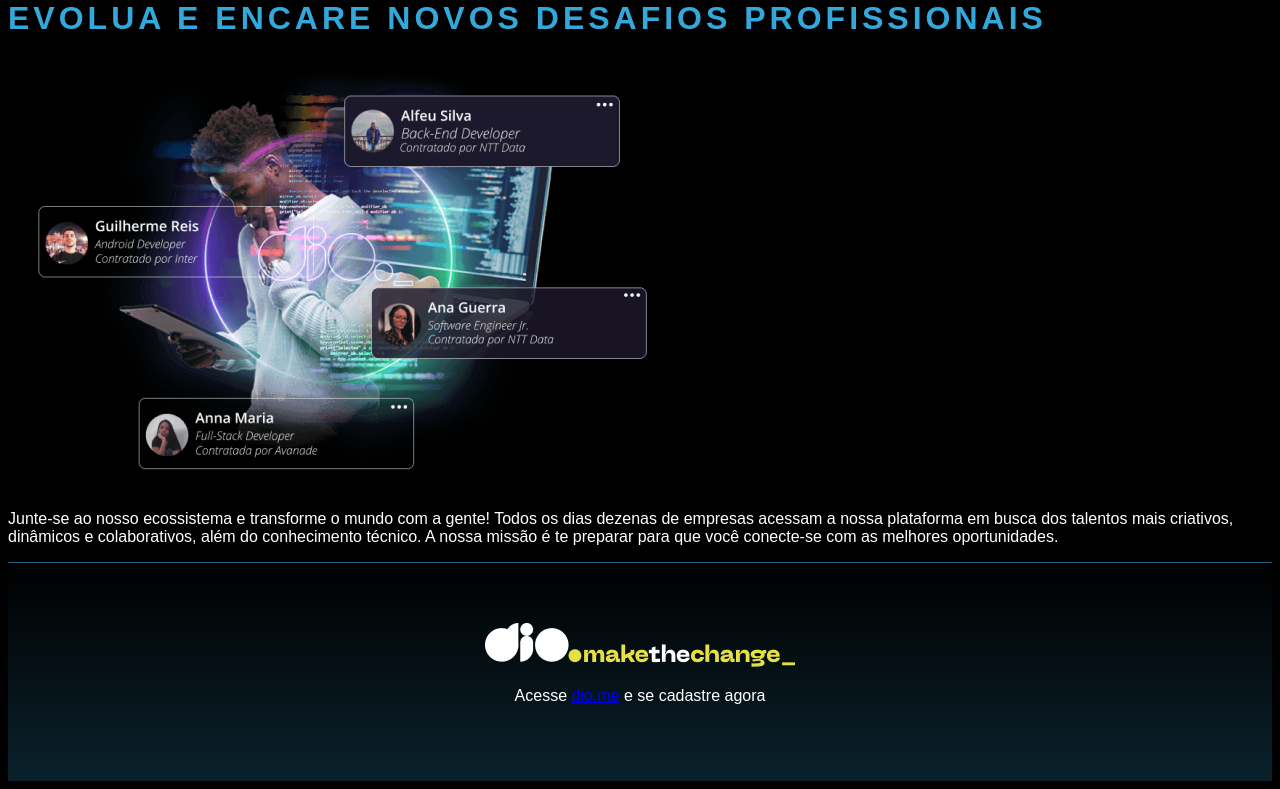
Repository: Zoemateus324/landing-page
Page: index.html
These files come from the project's save history. The page is drawn as it stood at one moment and after the next save; the edit follows.
The browser window is 1280 px wide. The pictures show the part of the page from y = 1517 to 2361 px (the page is 2306 px tall before and 2361 px after).
Backgrounds fixed to the window are drawn as part of the page.

Above is the page before, as saved 2024-11-23 11:38:33.

After the next save:
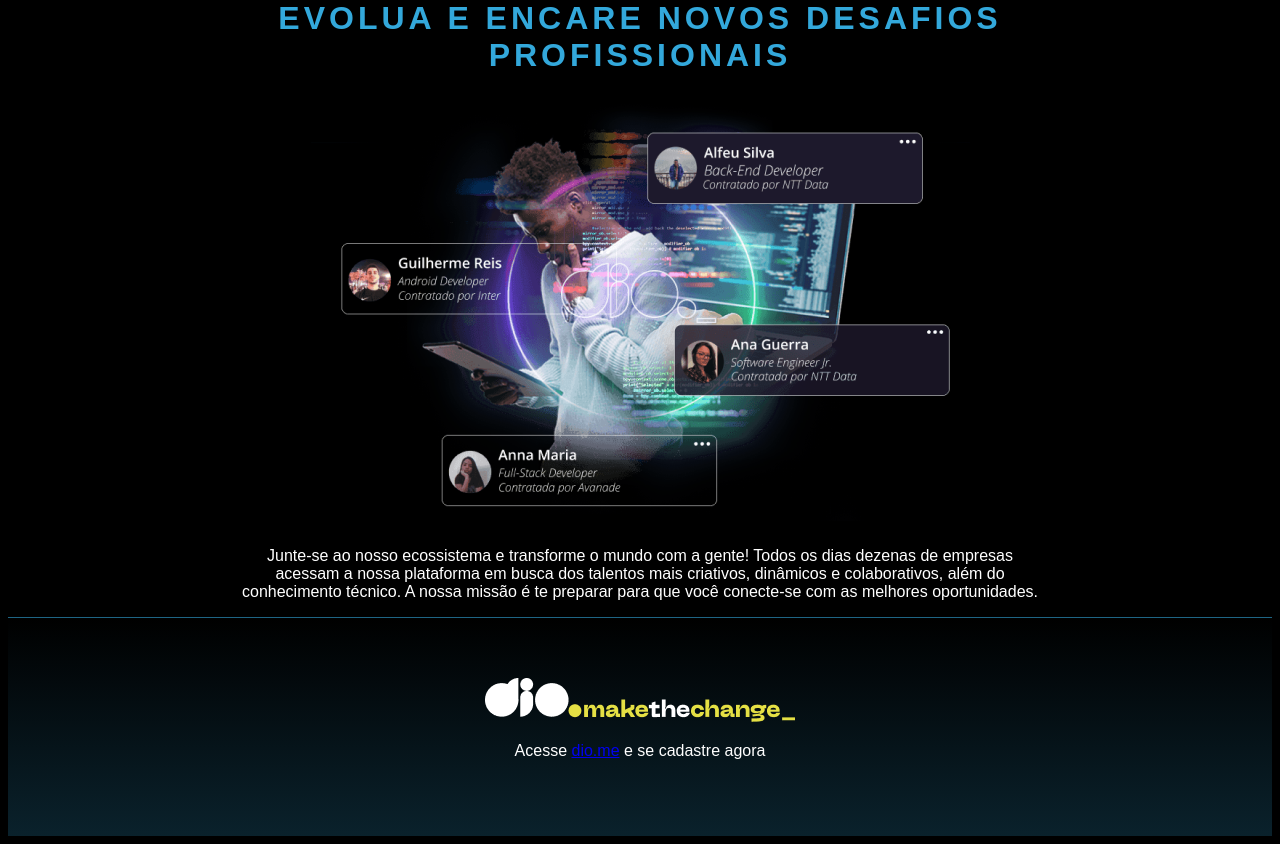
Saved 38 s later.
--- a/styles.css
+++ b/styles.css
@@ -142,7 +142,10 @@
     max-width: 250px;
     text-shadow: 3px 2px #33A8DB;
 }
-
+#professional-challenges{
+    text-align:center;
+    width:800px;
+}
 footer{
     padding:60px 0;
     text-align:center;
